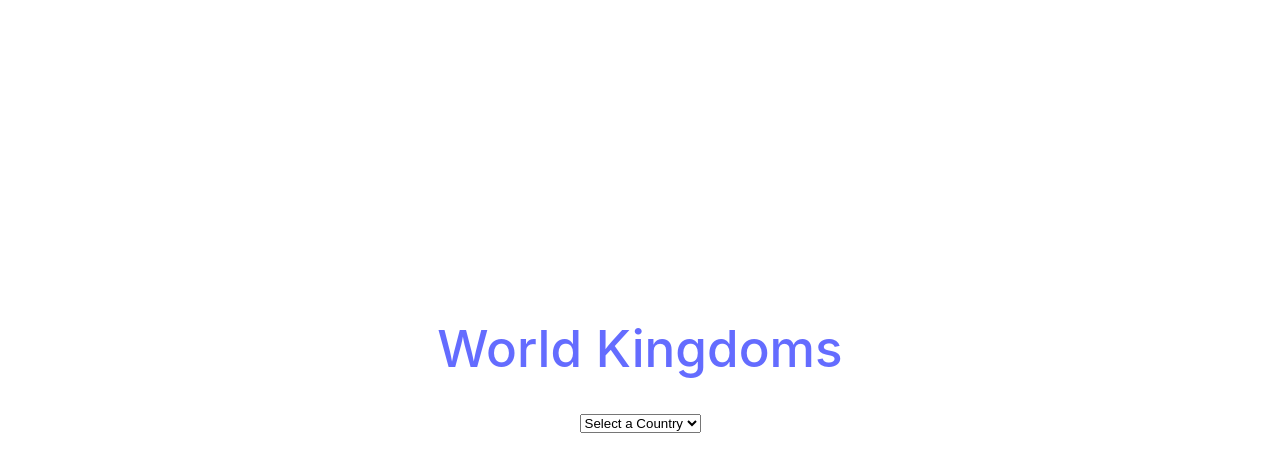
Repository: GloGlorGloria/COMP3170-lab7
Page: /
The author's editor kept a copy of each file at every save. The page is drawn from the files as they stood at one save, then again after the next save.
The browser window is 1280 px wide. The pictures show the whole page.
The page's requests for data from a server got no answer. The project was rebuilt for these pictures with package versions that can differ from the ones it lists, and the page was loaded fresh each time. No one was signed in, and anything a server would have sent is missing. Also part of the build but not shown: vite.config.js, src/components/Details.jsx.

Above is the page before, as saved 2024-11-24 01:56:51.

After the next save:
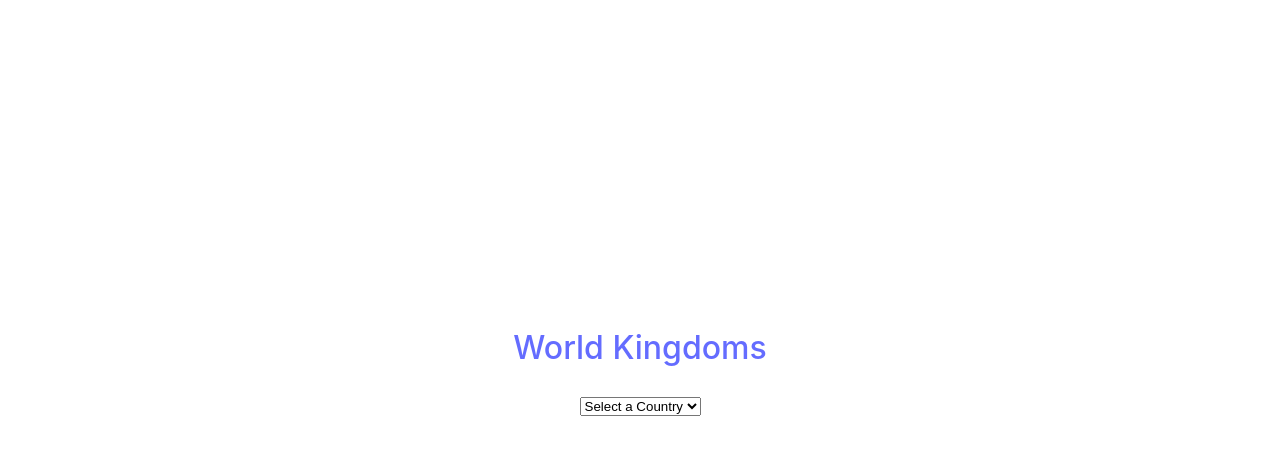
Saved 6 s later.
--- a/src/index.css
+++ b/src/index.css
@@ -29,11 +29,11 @@ body {
   min-width: 320px;
   min-height: 100vh;
 }
-
+/*
 h1 {
   font-size: 3.2em;
   line-height: 1.1;
-}
+} */
 
 /* button {
   border-radius: 8px;
